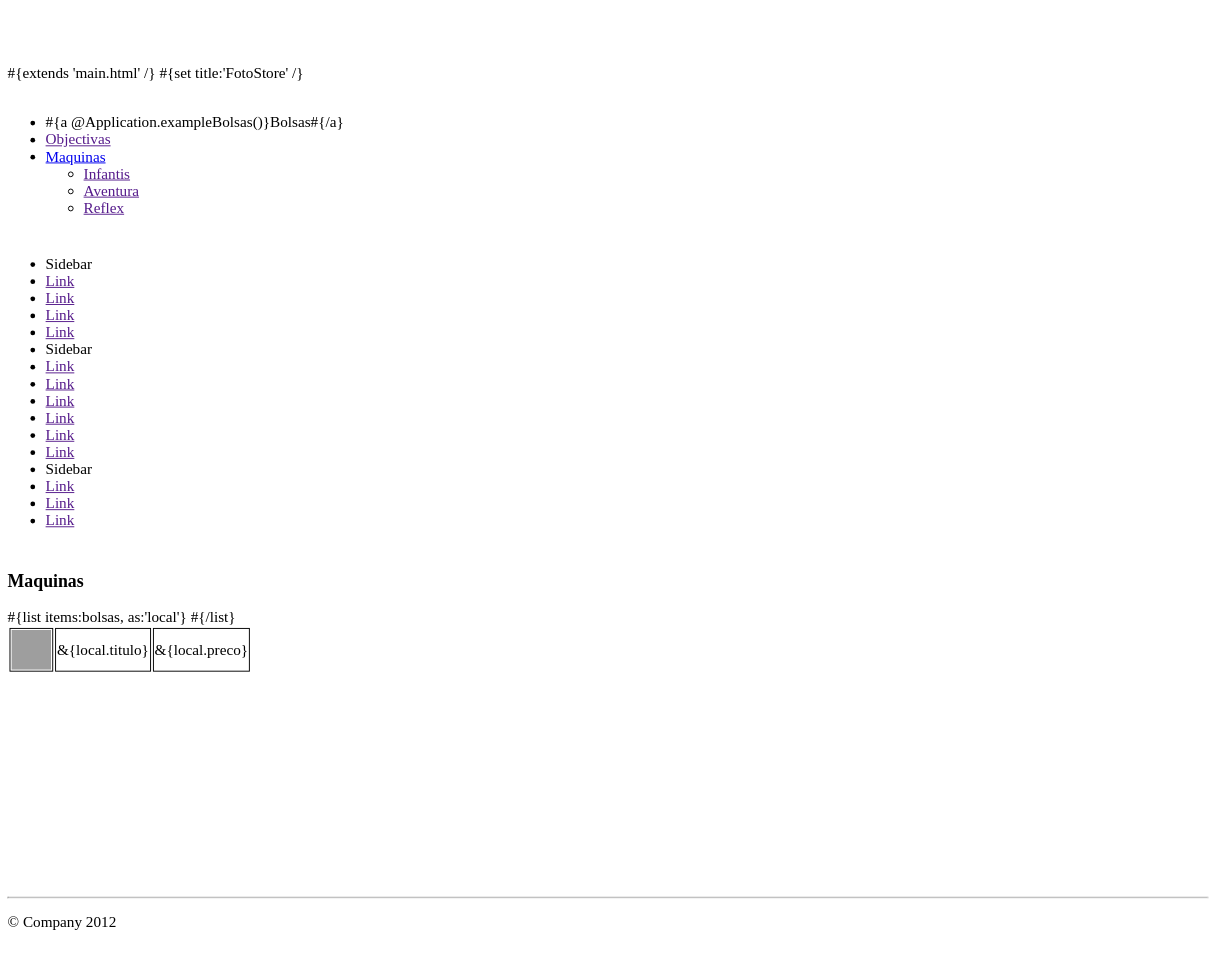
Repository: joaoA/webStore
Page: fotoStore/app/views/Application/exampleBolsas.html
The author's editor kept a copy of each file at every save. The page is drawn from the files as they stood at one save, then again after the next save.
The browser window is 1280 px wide. The pictures show the whole page, at 95% of full size.
Pictures or frames that could not be fetched are drawn as grey boxes.

Above is the page before, as saved 2012-12-17 15:44:33.

After the next save:
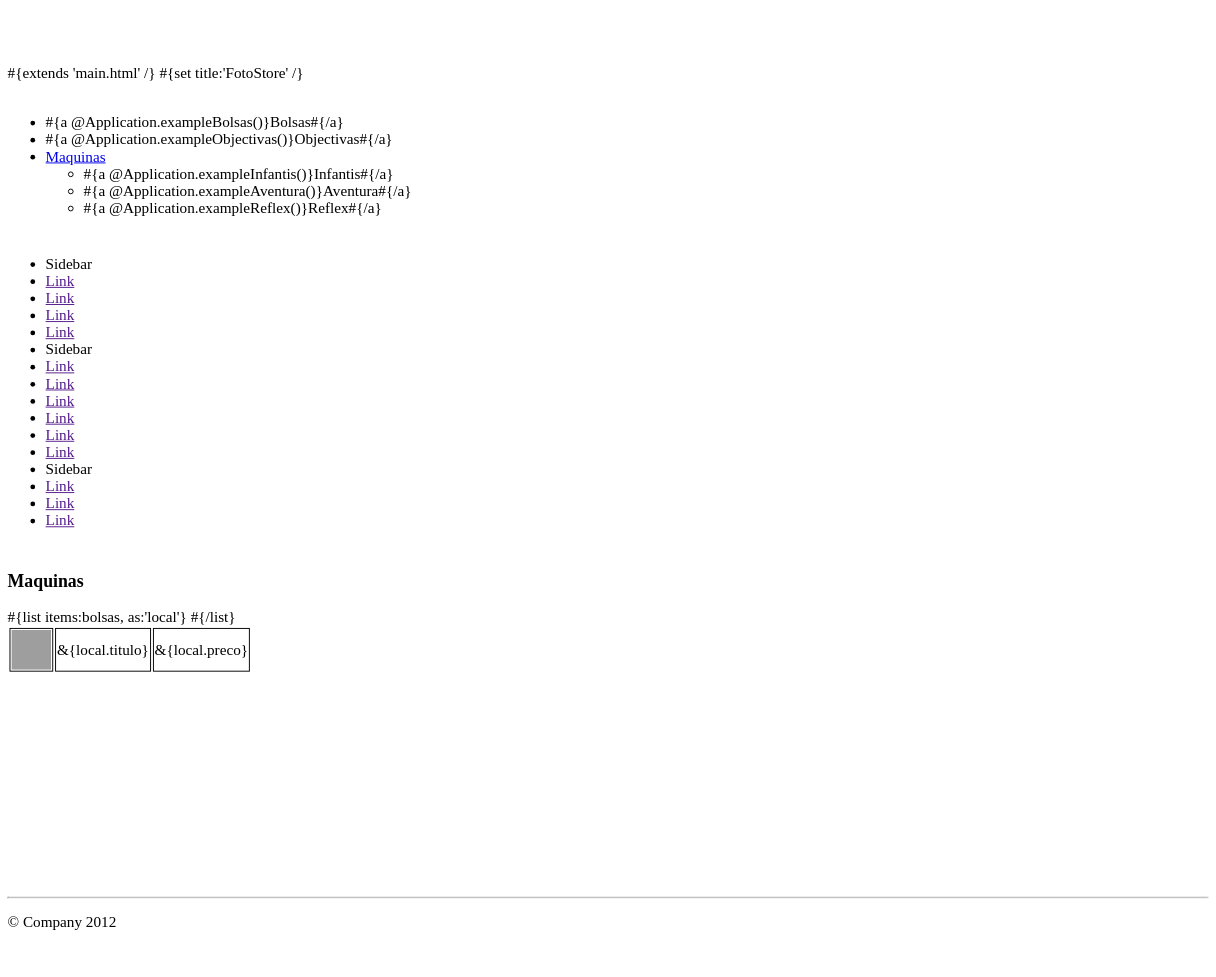
Saved 39 s later.
--- a/fotoStore/app/views/Application/exampleBolsas.html
+++ b/fotoStore/app/views/Application/exampleBolsas.html
@@ -25,13 +25,13 @@
             <ul class="nav">
               <li style="color:#FFFFFF;">#{a @Application.index()}HOME#{/a}</li>
               <li>#{a @Application.exampleBolsas()}Bolsas#{/a}</li>
-              <li><a href="">Objectivas</a></li>
+              <li>#{a @Application.exampleObjectivas()}Objectivas#{/a}</li>
                <li class="dropdown">
                 <a href="#" class="dropdown-toggle" data-toggle="dropdown">Maquinas<b class="caret"></b></a>
                 <ul class="dropdown-menu">
-                  <li><a href="">Infantis</a></li>
-                  <li><a href="">Aventura</a></li>
-                  <li><a href="">Reflex</a></li>
+                  <li>#{a @Application.exampleInfantis()}Infantis#{/a}</li>
+                  <li>#{a @Application.exampleAventura()}Aventura#{/a}</li>
+                  <li>#{a @Application.exampleReflex()}Reflex#{/a}</li>
 
                 </ul>
               </li>
